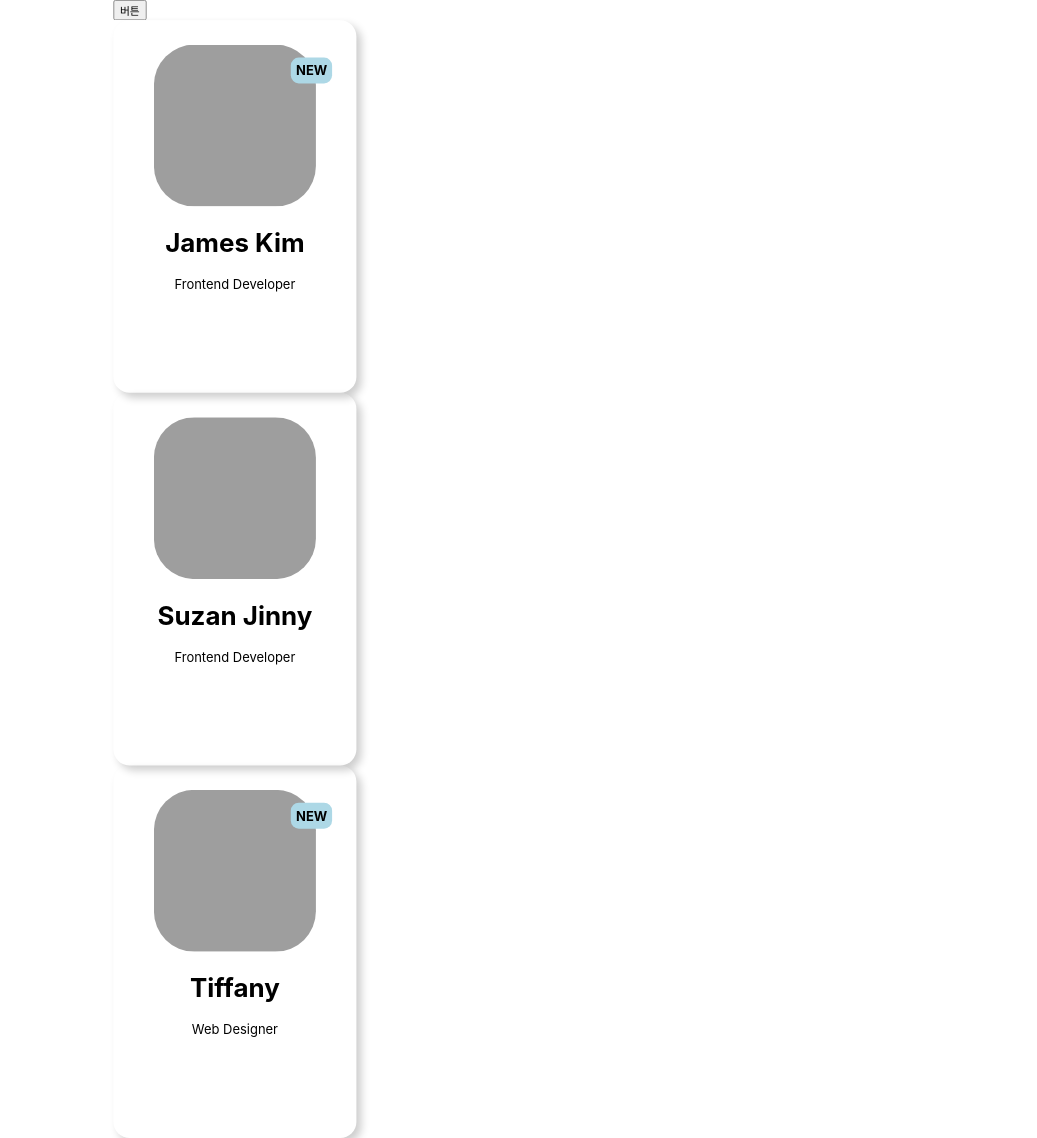
Repository: dnjfht/css-example
Page: /
An editor plug-in stored every save of this project. The page is shown before and after the next save, followed by the edit.
The browser window is 1280 px wide. The pictures show the whole page, at 81% of full size.
Pictures or frames that could not be fetched are drawn as grey boxes. The project was rebuilt for these pictures with package versions that can differ from the ones it lists, and the page was loaded fresh each time. Also part of the build but not shown: src/App.css.

Above is the page before, as saved 2023-05-09 17:02:53.

After the next save:
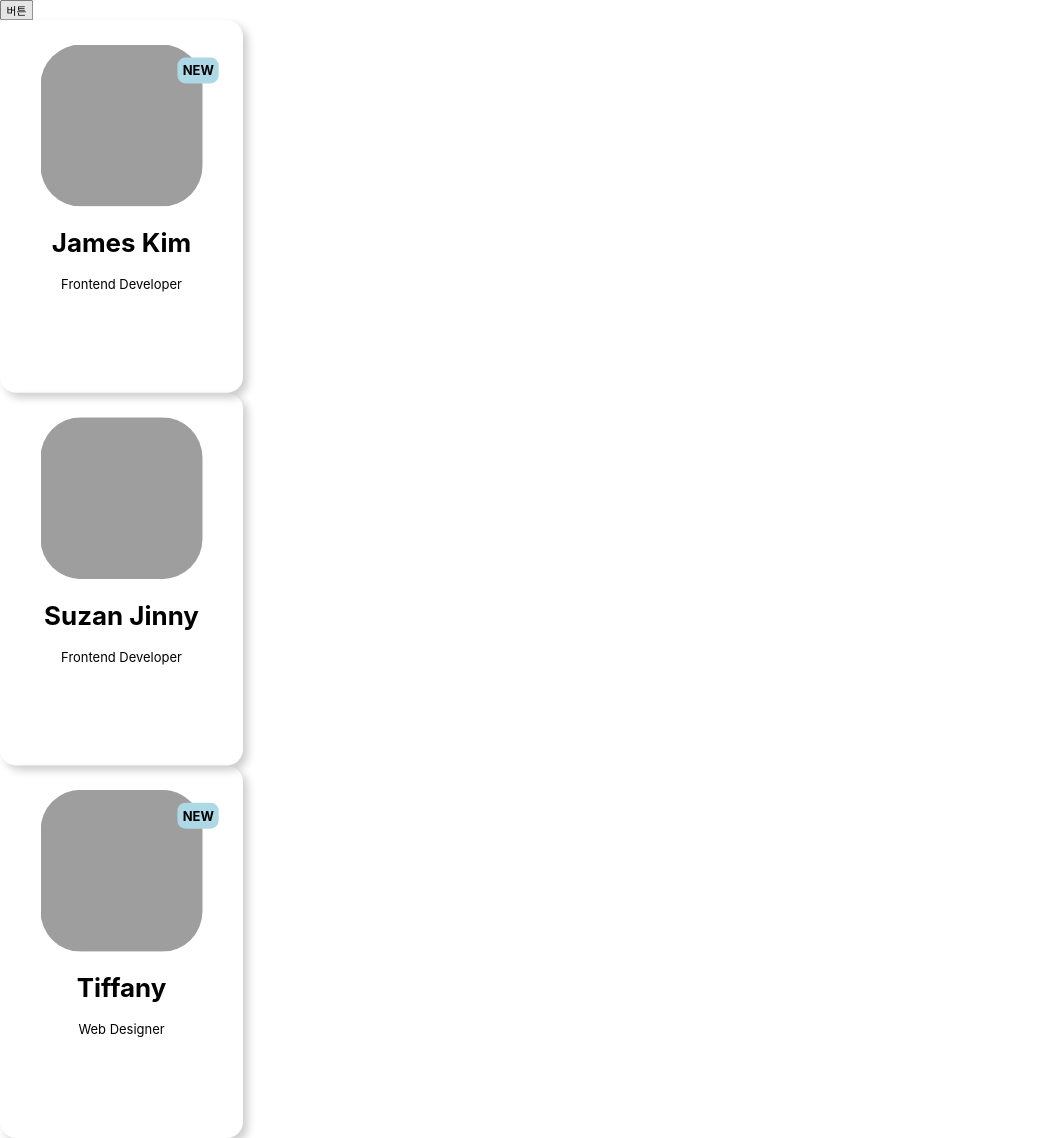
Saved 9 s later.
--- a/src/App.js
+++ b/src/App.js
@@ -5,7 +5,6 @@ function App() {
   return (
     <div
       style={{
-        width: "1000px",
         margin: "0 auto",
       }}
     >
